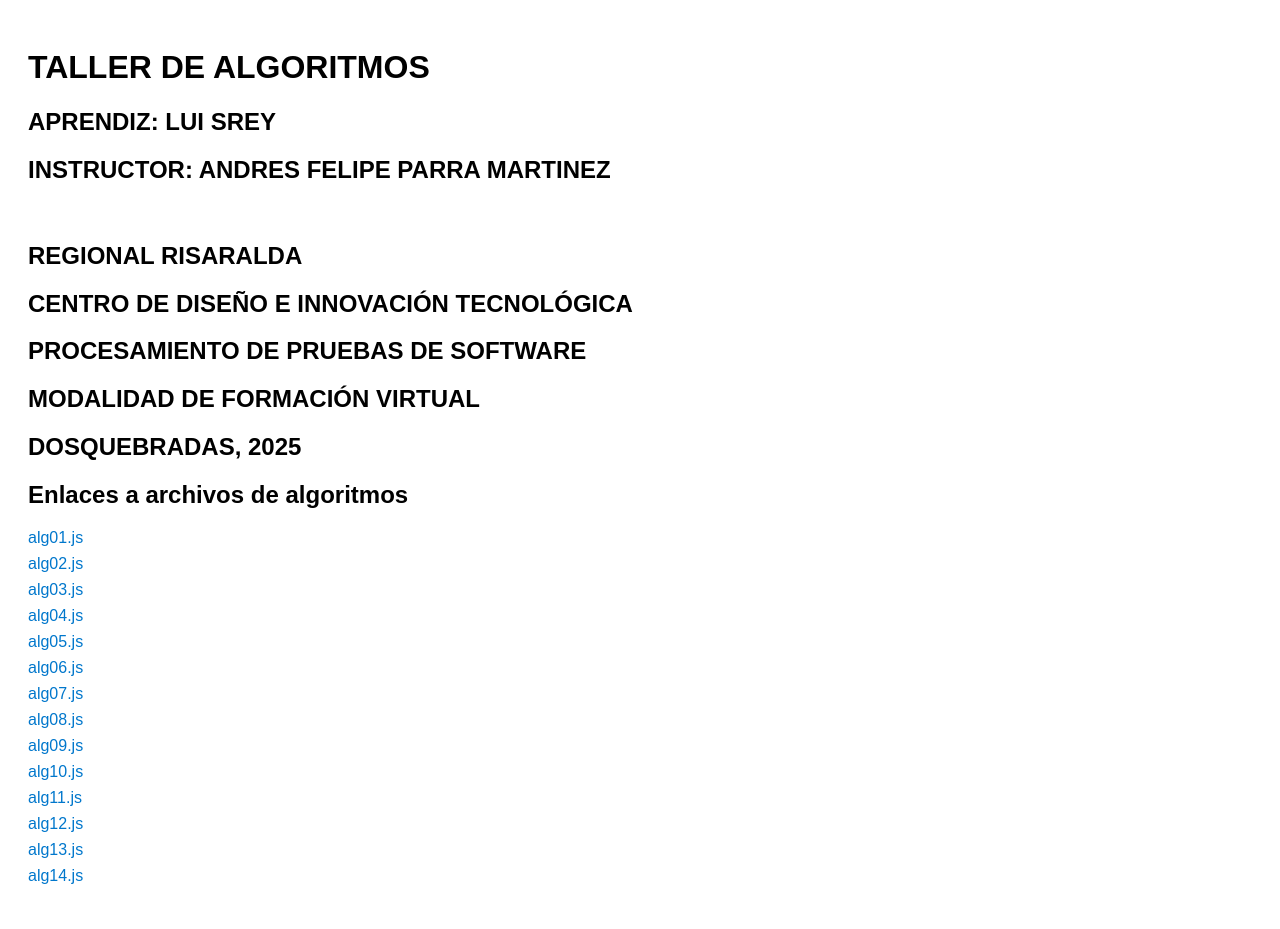
Repository: rlhardrock/SENATallerAlgoritmos01
Page: algoritmo.html
These files come from the project's save history. The page is drawn as it stood at one moment and after the next save; the edit follows.
The browser window is 1280 px wide. The pictures show the whole page.

Above is the page before, as saved 2025-04-23 16:17:02.

### algoritmo.html
<!DOCTYPE html>
<html lang="es">
<head>
  <meta charset="UTF-8">
  <title>Portada y Enlaces a Algoritmos</title>
  <style>
    body {
      font-family: Arial, sans-serif;
      padding: 20px;
    }
    ul {
      list-style: none;
      padding-left: 0;
    }
    li {
      margin: 8px 0;
    }
    a {
      text-decoration: none;
      color: #0077cc;
    }
    a:hover {
      text-decoration: underline;
    }
  </style>
</head>
<body>

  <h1>TALLER DE ALGORITMOS</h1>
  <div>
    <h2></h2>
    <h2>APRENDIZ: LUI SREY</h2>
    <h2>INSTRUCTOR: ANDRES FELIPE PARRA MARTINEZ</h2>
  </br>
    <h2>REGIONAL RISARALDA</h2>
    <h2>CENTRO DE DISEÑO E INNOVACIÓN TECNOLÓGICA</h2>
    <h2>PROCESAMIENTO DE PRUEBAS DE SOFTWARE</h2>
    <h2>MODALIDAD DE FORMACIÓN VIRTUAL</h2>
    <h2>DOSQUEBRADAS, 2025</h2>
  </div>

  <h2>Enlaces a archivos de algoritmos</h2>
  <ul>
    <li><a href="alg01.js">alg01.js</a></li>
    <li><a href="alg02.js">alg02.js</a></li>
    <li><a href="alg03.js">alg03.js</a></li>
    <li><a href="alg04.js">alg04.js</a></li>
    <li><a href="alg05.js">alg05.js</a></li>
    <li><a href="alg06.js">alg06.js</a></li>
    <li><a href="alg07.js">alg07.js</a></li>
    <li><a href="alg08.js">alg08.js</a></li>
    <li><a href="alg09.js">alg09.js</a></li>
    <li><a href="alg10.js">alg10.js</a></li>
    <li><a href="alg11.js">alg11.js</a></li>
    <li><a href="alg12.js">alg12.js</a></li>
    <li><a href="alg13.js">alg13.js</a></li>
    <li><a href="alg14.js">alg14.js</a></li>
  </ul>

</body>
</html>

After the next save:
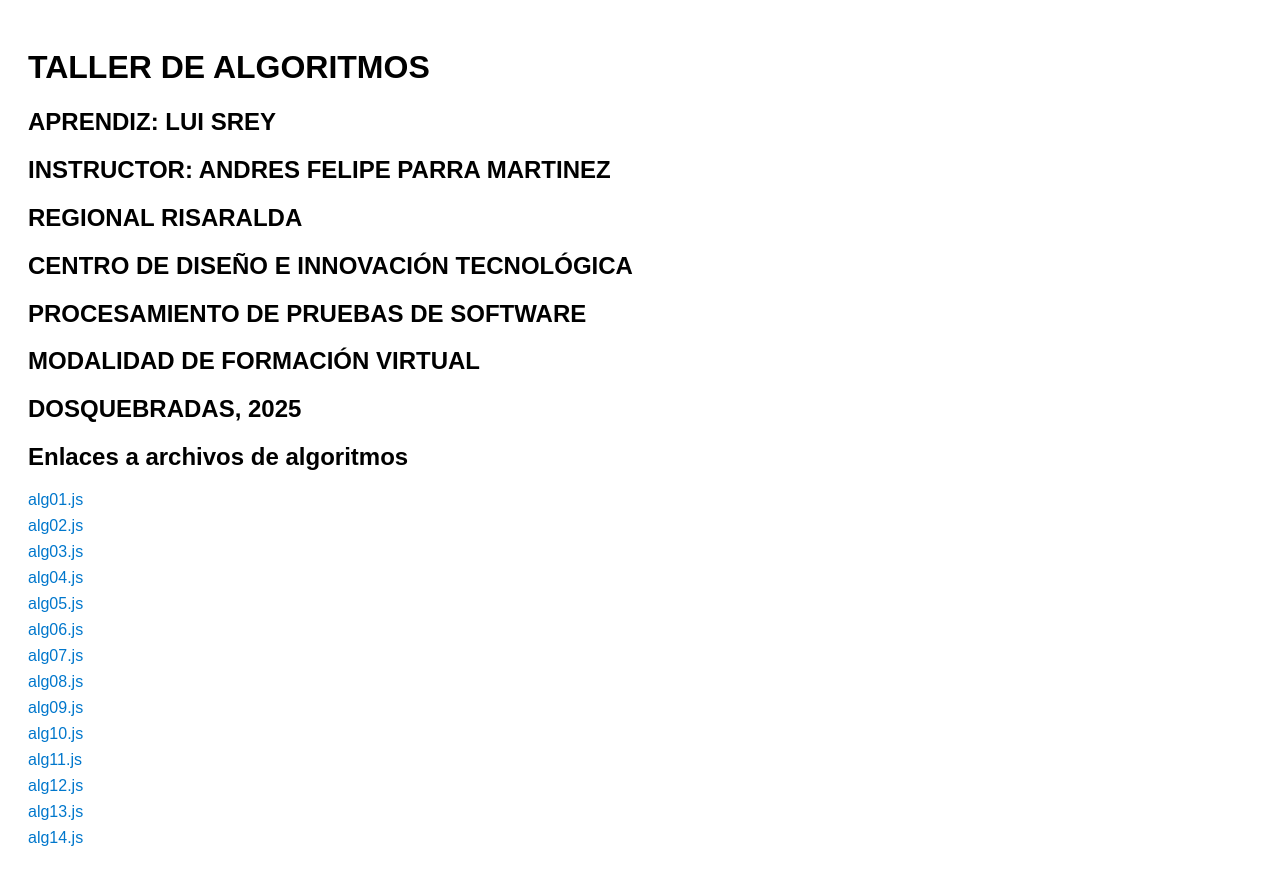
Saved 4 s later.
--- a/algoritmo.html
+++ b/algoritmo.html
@@ -31,7 +31,7 @@
     <h2></h2>
     <h2>APRENDIZ: LUI SREY</h2>
     <h2>INSTRUCTOR: ANDRES FELIPE PARRA MARTINEZ</h2>
-  </br>
+  <!-- </br> -->
     <h2>REGIONAL RISARALDA</h2>
     <h2>CENTRO DE DISEÑO E INNOVACIÓN TECNOLÓGICA</h2>
     <h2>PROCESAMIENTO DE PRUEBAS DE SOFTWARE</h2>
